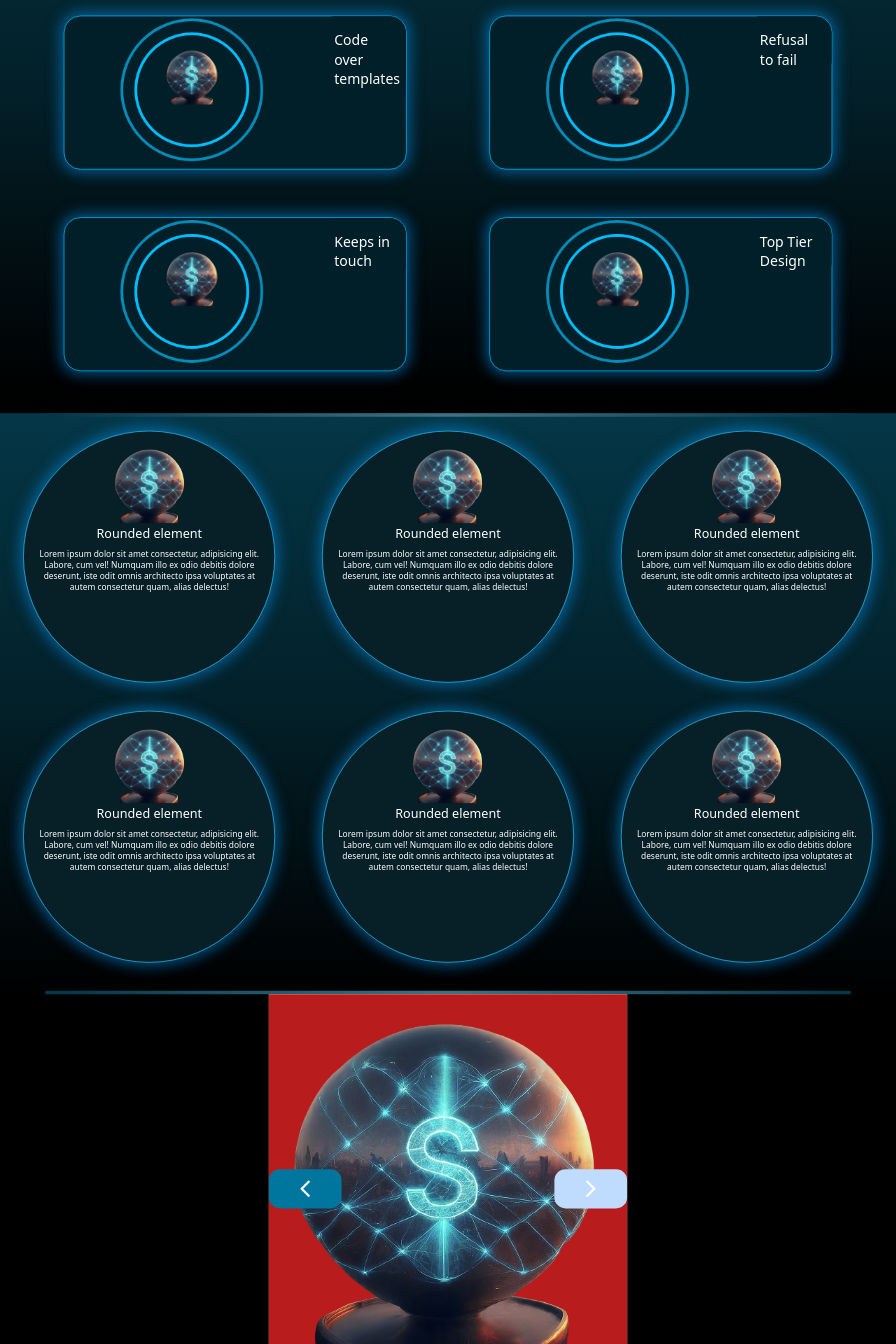
Repository: TMuse333/q3-desings2
Page: /
An editor plug-in stored every save of this project. The page is shown before and after the next save, followed by the edit.
The browser window is 1280 px wide. The pictures show the part of the page from y = 1046 to 2966 px (the page is 2966 px tall), at 70% of full size.
The project was rebuilt for these pictures with package versions that can differ from the ones it lists, and the page was loaded fresh each time. Also part of the build but not shown: vite.config.ts.

Above is the page before, as saved 2024-05-11 13:48:14.

After the next save:
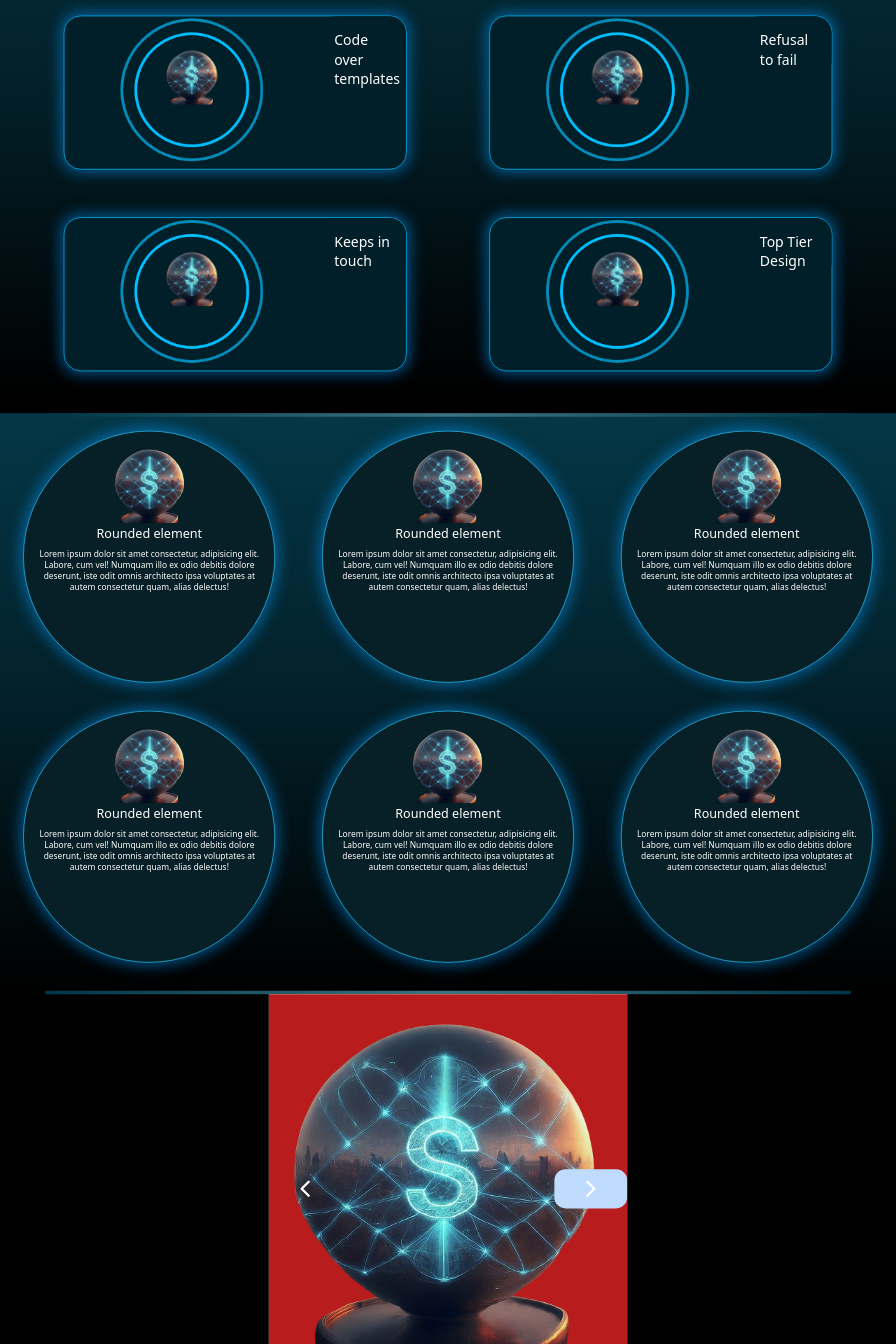
Saved 6 s later.
--- a/src/components/carousel/carousel.tsx
+++ b/src/components/carousel/carousel.tsx
@@ -30,7 +30,7 @@ const Carousel:React.FC<CarouselProps> = ({images}) =>{
 
 
 
-                <button className=''>
+                <button className='bg-transparent'>
                     <ChevronLeft
                     size={40}/>
                 </button>
